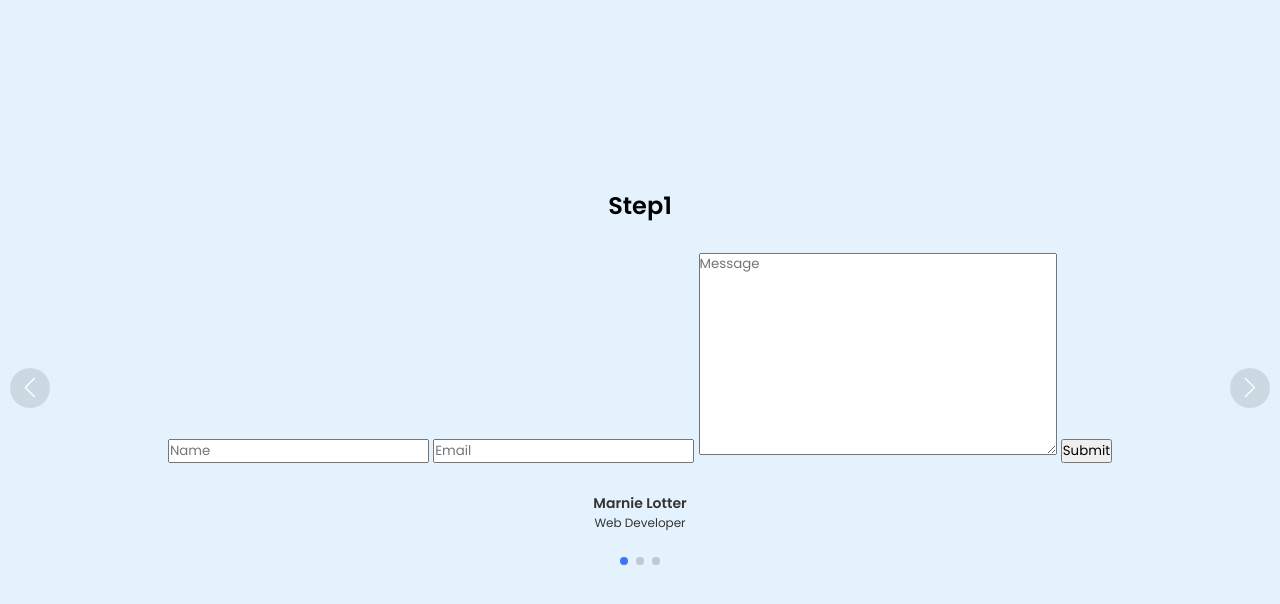
Repository: Habeebur1493/-22-multi-step-form
Page: index.html
An editor plug-in stored every save of this project. The page is shown before and after the next save, followed by the edit.
The browser window is 1280 px wide. The pictures show the whole page.

Above is the page before, as saved 2024-10-13 12:41:28.

### index.html
<!DOCTYPE html>
<html lang="en">
  <head>
    <meta charset="UTF-8" />
    <meta http-equiv="X-UA-Compatible" content="IE=edge" />
    <meta name="viewport" content="width=device-width, initial-scale=1.0" />
    <title>Responsive Testimonial Slider</title>

    <!-- Swiper CSS -->
    <link rel="stylesheet" href="css/swiper-bundle.min.css" />

    <!-- CSS -->
    <link rel="stylesheet" href="css/style.css" />

    <!-- Boxicons CSS -->
    <link
      href="https://unpkg.com/boxicons@2.1.2/css/boxicons.min.css"
      rel="stylesheet"
    />
  </head>
  <body>
    <section class="container">
      <div class="testimonial mySwiper">
        <div class="testi-content swiper-wrapper">
          <div class="slide swiper-slide">
            <h1>Step1</h1>
            <form action="">
              <input type="text" placeholder="Name" />
              <input type="email" placeholder="Email" />
              <textarea name="" id="" cols="30" rows="10" placeholder="Message"></textarea>
              <input type="submit" value="Submit" />
            </form>



            <div class="details">
              <span class="name">Marnie Lotter</span>
              <span class="job">Web Developer</span>
            </div>
          </div>
          <div class="slide swiper-slide">

            <p>
              Lorem ipsum dolor sit amet, consectetur adipisicing elit. Aperiam,
              saepe provident dolorem a quaerat quo error facere nihil deleniti
              eligendi ipsum adipisci, fugit, architecto amet asperiores
              doloremque deserunt eum nemo.
            </p>

            <i class="bx bxs-quote-alt-left quote-icon"></i>

            <div class="details">
              <span class="name">Marnie Lotter</span>
              <span class="job">Web Developer</span>
            </div>
          </div>
          <div class="slide swiper-slide">

            <p>
              Lorem ipsum dolor sit amet, consectetur adipisicing elit. Aperiam,
              saepe provident dolorem a quaerat quo error facere nihil deleniti
              eligendi ipsum adipisci, fugit, architecto amet asperiores
              doloremque deserunt eum nemo.
            </p>

            <i class="bx bxs-quote-alt-left quote-icon"></i>

            <div class="details">
              <span class="name">Marnie Lotter</span>
              <span class="job">Web Developer</span>
            </div>
          </div>
        </div>
        <div class="swiper-button-next nav-btn"></div>
        <div class="swiper-button-prev nav-btn"></div>
        <div class="swiper-pagination"></div>
      </div>
    </section>

    <!-- Swiper JS -->
    <script src="js/swiper-bundle.min.js"></script>

    <!-- JavaScript -->
    <script src="js/script.js"></script>
  </body>
</html>

### css/style.css
/* Google Fonts - Poppins */
@import url("https://fonts.googleapis.com/css2?family=Poppins:wght@300;400;500;600&display=swap");

* {
  margin: 0;
  padding: 0;
  box-sizing: border-box;
  font-family: "Poppins", sans-serif;
}
.container {
  height: 100vh;
  width: 100%;
  display: flex;
  align-items: center;
  justify-content: center;
  background-color: #e3f2fd;
}
.testimonial {
  position: relative;
  max-width: 1400px;
  width: 100%;
  padding: 50px 0;
  overflow: hidden;
}
.testimonial .image {
  height: 170px;
  width: 170px;
  object-fit: cover;
  border-radius: 50%;
}
.testimonial .slide {
  display: flex;
  align-items: center;
  justify-content: center;
  flex-direction: column;
  row-gap: 30px;
  height: 100%;
  width: 100%;
}
.slide p {
  text-align: center;
  padding: 0 160px;
  font-size: 14px;
  font-weight: 400;
  color: #333;
}
.slide .quote-icon {
  font-size: 30px;
  color: #4070f4;
}
.slide .details {
  display: flex;
  flex-direction: column;
  align-items: center;
}
.details .name {
  font-size: 14px;
  font-weight: 600;
  color: #333;
}
.details .job {
  font-size: 12px;
  font-weight: 400;
  color: #333;
}
/* swiper button css */
.nav-btn {
  height: 40px;
  width: 40px;
  border-radius: 50%;
  transform: translateY(30px);
  background-color: rgba(0, 0, 0, 0.1);
  transition: 0.2s;
}
.nav-btn:hover {
  background-color: rgba(0, 0, 0, 0.2);
}
.nav-btn::after,
.nav-btn::before {
  font-size: 20px;
  color: #fff;
}
.swiper-pagination-bullet {
  background-color: rgba(0, 0, 0, 0.8);
}
.swiper-pagination-bullet-active {
  background-color: #4070f4;
}
@media screen and (max-width: 768px) {
  .slide p {
    padding: 0 20px;
  }
  .nav-btn {
    display: none;
  }
}

### js/script.js
var swiper = new Swiper(".mySwiper", {
  slidesPerView: 1,
  grabCursor: true,
  loop: true,
  pagination: {
    el: ".swiper-pagination",
    clickable: true,
  },
  navigation: {
    nextEl: ".swiper-button-next",
    prevEl: ".swiper-button-prev",
  },
});

Loaded but not shown: css/swiper-bundle.min.css (library); js/swiper-bundle.min.js (library)

After the next save:
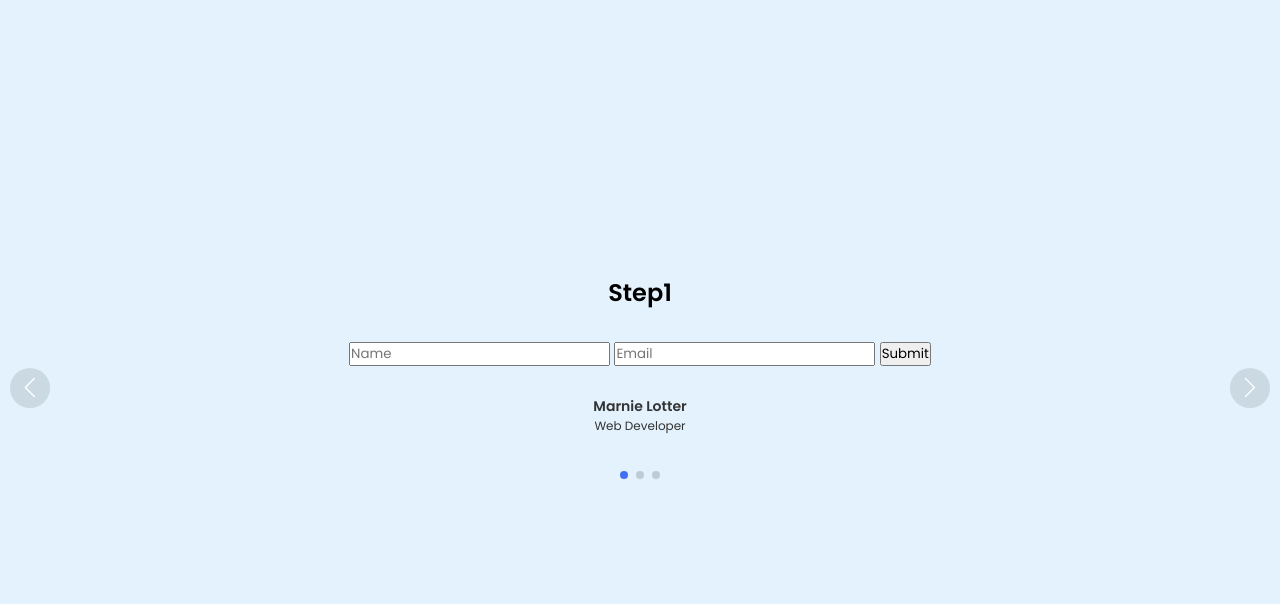
Saved 12 s later.
--- a/index.html
+++ b/index.html
@@ -27,7 +27,6 @@
             <form action="">
               <input type="text" placeholder="Name" />
               <input type="email" placeholder="Email" />
-              <textarea name="" id="" cols="30" rows="10" placeholder="Message"></textarea>
               <input type="submit" value="Submit" />
             </form>
 
